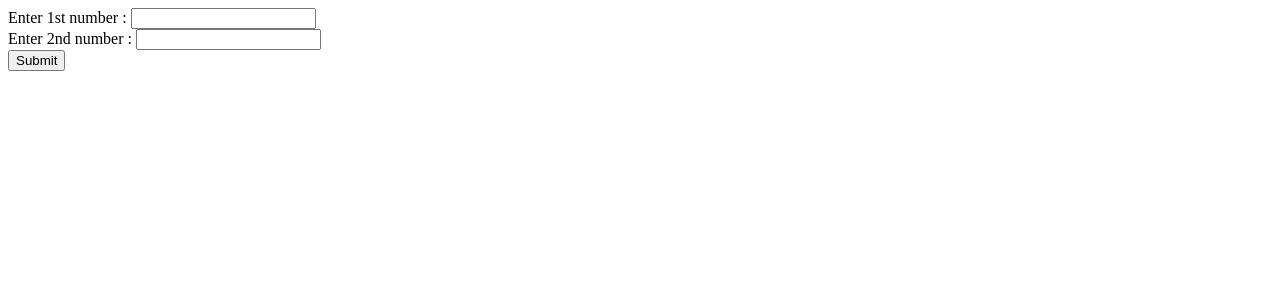
Repository: kparate446/WebApplication
Page: Demo/WebContent/index.html
An editor plug-in stored every save of this project. The page is shown before and after the next save, followed by the edit.
The browser window is 1280 px wide. The pictures show the whole page.

Above is the page before, as saved 2020-02-13 08:51:37.

After the next save:
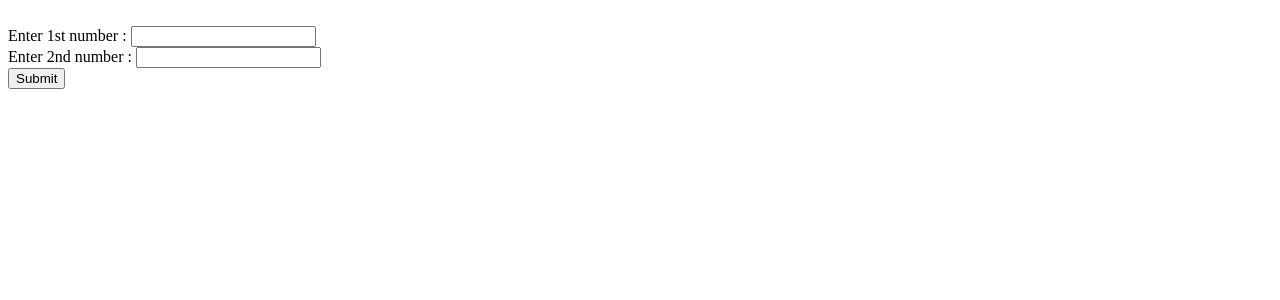
Saved 30 s later.
--- a/Demo/WebContent/index.html
+++ b/Demo/WebContent/index.html
@@ -4,7 +4,7 @@
 
 </head>
 <body>
-	<form action="">
+	<form action=""><br>
 		Enter 1st number : <input type="text" name="num1"><br>
 		Enter 2nd number : <input type="text" name="num2"><br>
 		<input type="submit">
